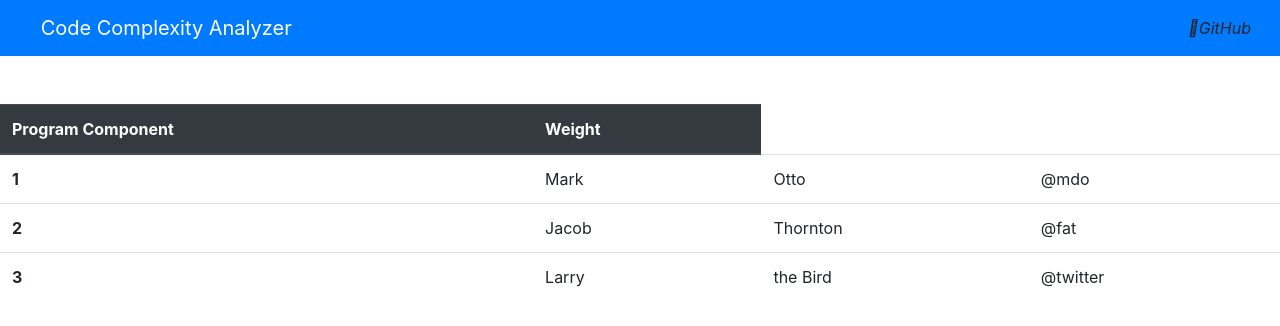
Repository: DinuwanB/Code-Complexity-Analyzer
Page: http://localhost/ITPM/Weight.jsp
These files come from the project's save history. The page is drawn as it stood at one moment and after the next save; the edit follows.
The browser window is 1280 px wide. The pictures show the whole page.
The page is served by Tomcat 9.

Above is the page before, as saved 2020-05-20 19:25:15.

After the next save:
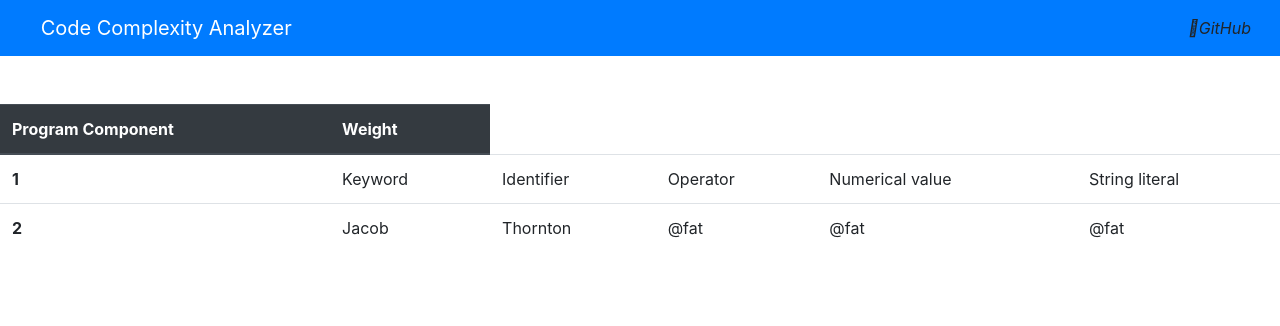
Saved 86 s later.
--- a/ITPM/src/main/webapp/Weight.jsp
+++ b/ITPM/src/main/webapp/Weight.jsp
@@ -37,22 +37,21 @@
   <tbody>
     <tr>
       <th scope="row">1</th>
-      <td>Mark</td>
-      <td>Otto</td>
-      <td>@mdo</td>
+      <td>Keyword</td>
+      <td>Identifier</td>
+      <td>Operator</td>
+      <td>Numerical value</td>
+      <td>String literal</td>
     </tr>
     <tr>
       <th scope="row">2</th>
       <td>Jacob</td>
       <td>Thornton</td>
       <td>@fat</td>
+      <td>@fat</td>
+      <td>@fat</td>
     </tr>
-    <tr>
-      <th scope="row">3</th>
-      <td>Larry</td>
-      <td>the Bird</td>
-      <td>@twitter</td>
-    </tr>
+
   </tbody>
 </table>
 </body>
